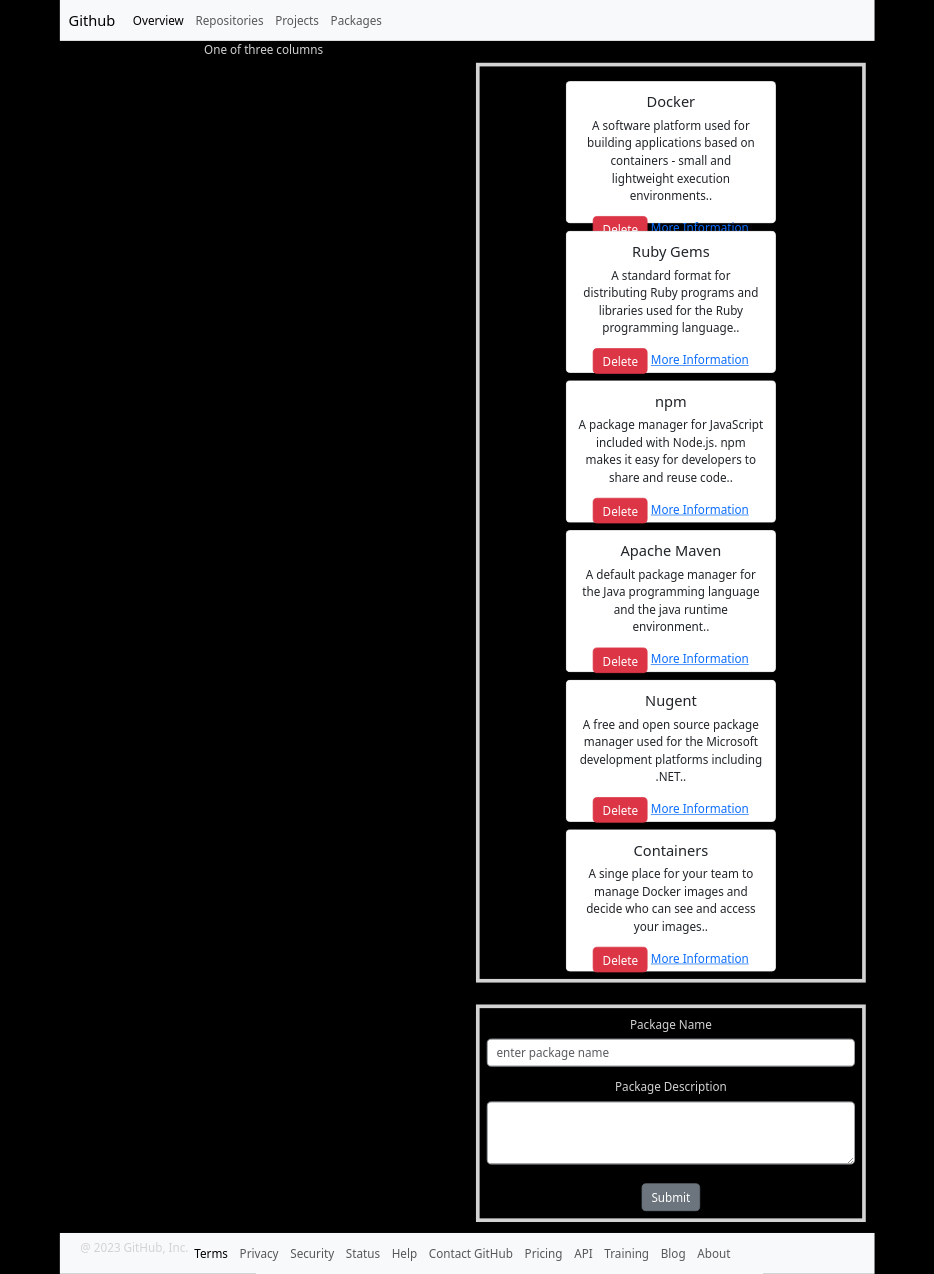
Repository: nss-evening-cohort-E23/gitsub-pull-request-posse
Page: packages.html
An editor plug-in stored every save of this project. The page is shown before and after a run of saves, followed by the edit.
The browser window is 1280 px wide. The pictures show the whole page, at 73% of full size.

Above is the page before, as saved 2023-05-09 19:38:50.

After the next 5 saves:
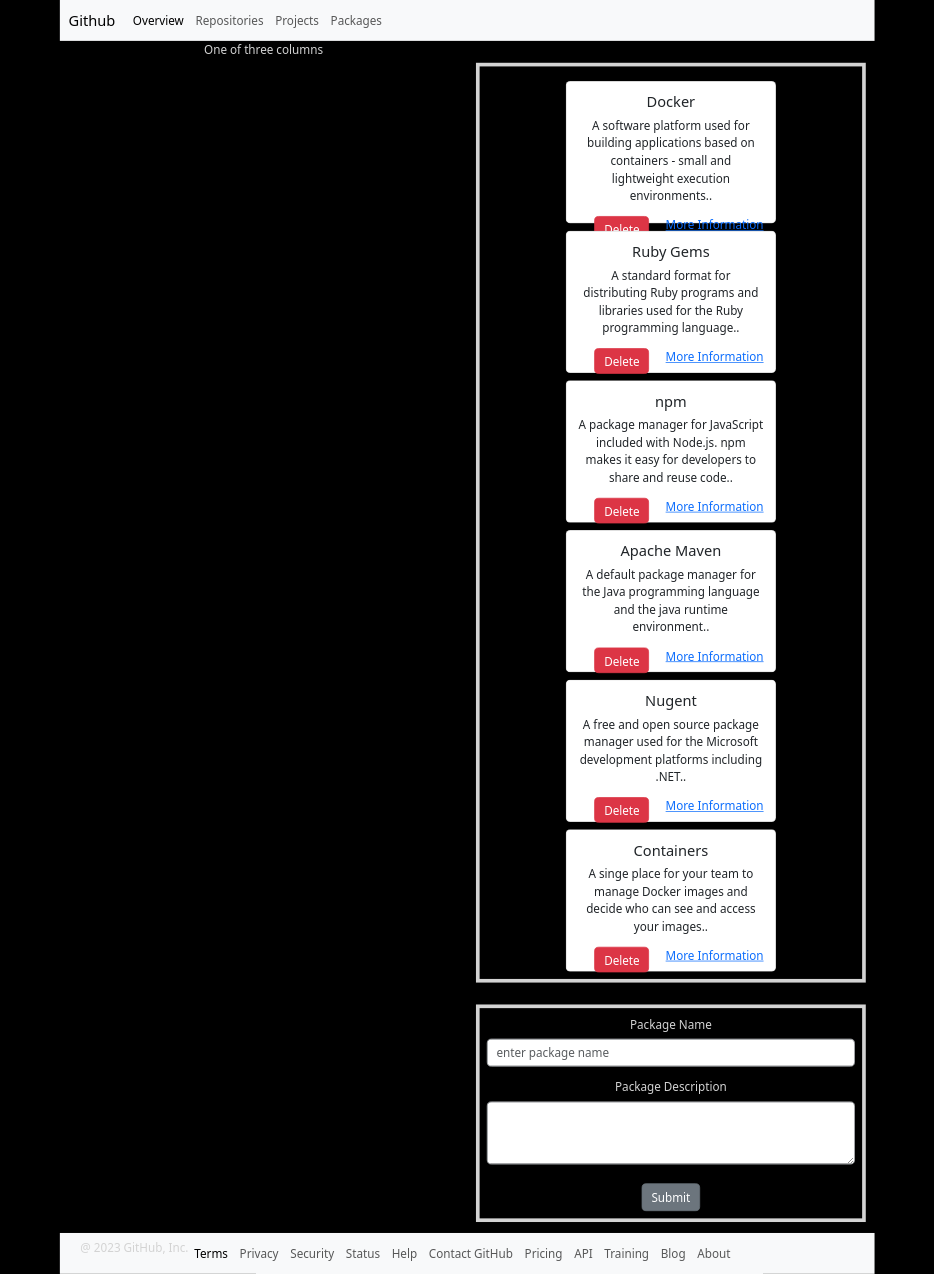
The 5 saves are shown as one change because they came seconds apart.
The last was saved 12 s later.
--- a/packages.css
+++ b/packages.css
@@ -64,3 +64,10 @@
   width: 75px;
   height: 35px;
 }
+
+#card-footer {
+  display: flex;
+  flex-direction: row;
+  justify-content: space-between;
+  margin-top: 10px;
+}

After the 3 saves that followed:
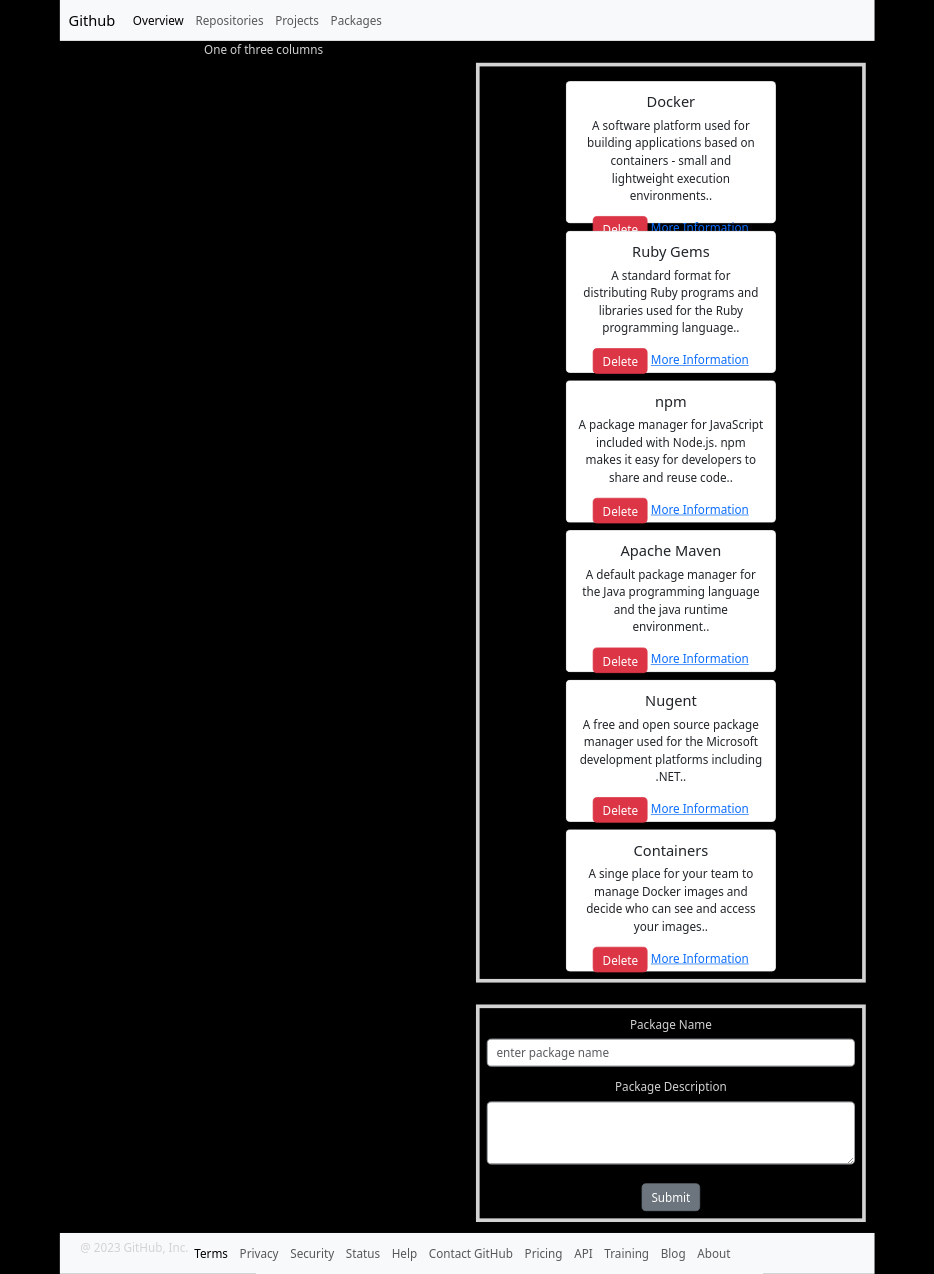
The 3 saves are shown as one change because 1 left the picture as it was and some came seconds apart.
The last was saved 17 s later.
--- a/packages.css
+++ b/packages.css
@@ -66,8 +66,6 @@
 }
 
 #card-footer {
-  display: flex;
-  flex-direction: row;
-  justify-content: space-between;
-  margin-top: 10px;
+
+
 }
